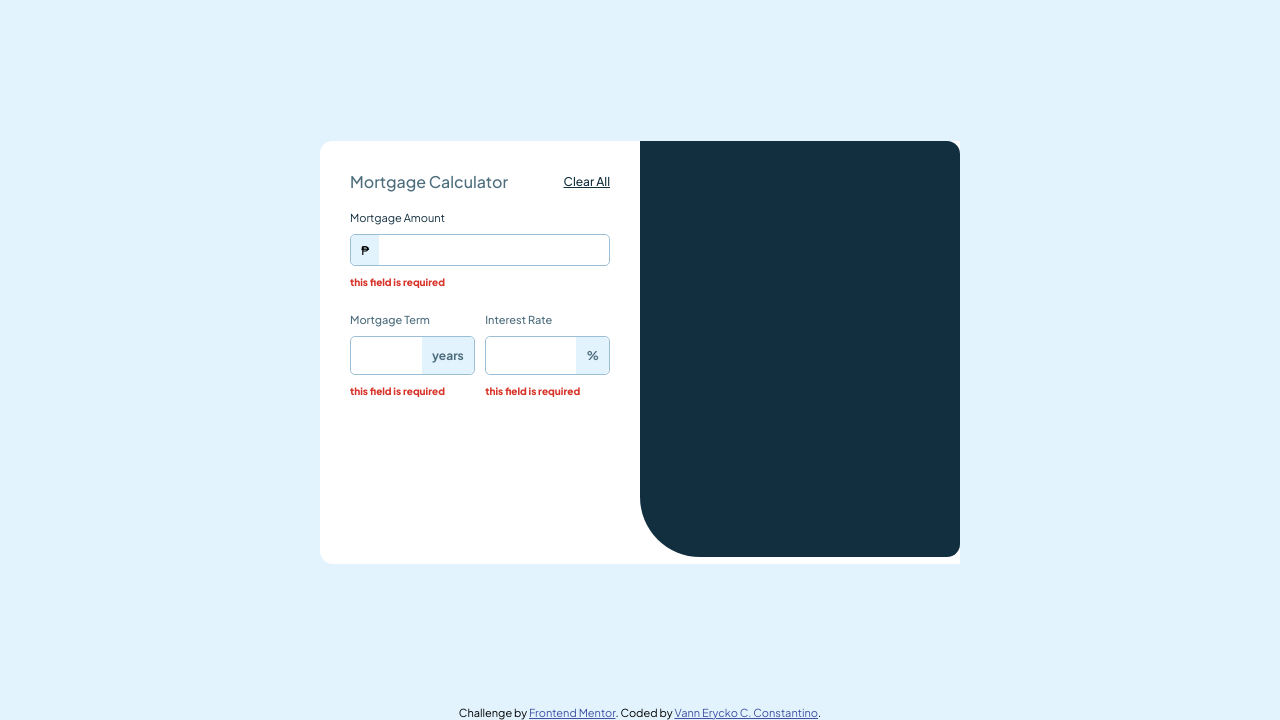
Repository: kocokoy/mortgage-repayment-calculator
Page: index.html
The author's editor kept a copy of each file at every save. The page is drawn from the files as they stood at one save, then again after a run of saves.
The browser window is 1280 px wide. The pictures show the whole page.

Above is the page before, as saved 2024-10-29 14:03:54.

### index.html
<!DOCTYPE html>
<html lang="en">
<head>
  <meta charset="UTF-8">
  <meta name="viewport" content="width=device-width, initial-scale=1.0"> <!-- displays site properly based on user's device -->

  <link rel="icon" type="image/png" sizes="32x32" href="./assets/images/favicon-32x32.png">
  <link rel="stylesheet" href="/styles/style.css">
  <link rel="preconnect" href="https://fonts.googleapis.com">
<link rel="preconnect" href="https://fonts.gstatic.com" crossorigin>
<link href="https://fonts.googleapis.com/css2?family=Karla:ital,wght@0,200..800;1,200..800&family=Plus+Jakarta+Sans:ital,wght@0,200..800;1,200..800&family=Red+Hat+Text:ital,wght@0,300..700;1,300..700&display=swap" rel="stylesheet">

  <title>Frontend Mentor | Mortgage repayment calculator</title>
</head>
<body>
  <div class="container">
    <div class="container-card">
      <div class="mortgage-calculator-side">
        <div class="mortgage-calculator-header">
          <p>Mortgage Calculator</p>
          <button>Clear All</button>
        </div>
        <div class="mortgage-calculator-amount">
          <p>Mortgage Amount</p>
          <div class="mortgage-calculator-amount-input">
            <div>&#8369;</div>
            <input type="text">
          </div>
          <div class="field-require-text">
            this field is required
          </div>
        </div>
        <div class="mortgage-calculator-term-and-interest">
          <div class="mortgage-calculator-term-section">
            <p>Mortgage Term</p>
            <div class="mortgage-calculator-term-section-mortgage">
              <input type="text" name="" id="">
              <div>years</div>
            </div>
            <div class="field-require-text">
              this field is required
            </div>
          </div>
          <div class="mortgage-calculator-term-section">
            <p>Interest Rate</p>
            <div class="mortgage-calculator-term-section-mortgage">
              <input type="text" name="" id="">
              <div>%</div>
            </div>
            <div class="field-require-text">
              this field is required
            </div>
          </div>
        </div>
        <div></div>
        <div></div>
      </div>
      <div class="result-side"></div>
    </div>
  </div>


  <div class="attribution">
    Challenge by <a href="https://www.frontendmentor.io?ref=challenge">Frontend Mentor</a>.
    Coded by <a href="#">Vann Erycko C. Constantino</a>.
  </div>
</body>
</html>

### styles/style.css
:root{
/* Primary */

--lime: hsl(61, 70%, 52%);
--red: hsl(4, 69%, 50%);

/* Neutral */

--white: hsl(0, 0%, 100%);
--slate100: hsl(202, 86%, 94%);
--slate300: hsl(203, 41%, 72%);
--slate500: hsl(200, 26%, 54%);
--slate700: hsl(200, 24%, 40%);
--slate900: hsl(202, 55%, 16%);
}

.attribution {
  font-size: 11px; text-align: center;
 }
.attribution a {
  color: hsl(228, 45%, 44%);
 }

 *{
  font-family: Plus Jakarta Sans;
 }

body{
  margin: 0;
  padding: 0;
  background-color: var(--slate100);
}
.container{
  height: 98vh;
  display: flex;
  flex-direction: column;
  justify-content: center;
  align-items: center;
}
.container-card{
  display: flex;
  flex-direction: row;
  height: 60%;
  width: 50%;
  background-color: var(--white);
  border-bottom-left-radius: 13px;
  border-top-left-radius: 13px;
}

.field-require-text{
  margin-top: 10px;
  color: var(--red);
  font-size: 10px;
  font-weight: 900;
  margin-bottom: 10px;
  /* display: none; */
}
.mortgage-calculator-side{
height: 84%;
width: 50%;
background-color: var(--white);
border-bottom-left-radius: 13px;
border-top-left-radius: 13px;
padding: 30px;

}
.result-side{
  height: 84%;
  width: 50%;
  padding: 30px;
  overflow: hidden;
  background-color: var(--slate900);
  border-bottom-left-radius: 60px;
  border-bottom-right-radius: 13px;
  border-top-right-radius: 13px;

}

/*Mortgage Calculator Header */
.mortgage-calculator-header{
  display: flex;
  flex-direction: row;
  align-items: center;
  justify-content: space-between;
}
.mortgage-calculator-header p{
 margin: 0;
 font-weight: 500;
 color: var(--slate700);
}
.mortgage-calculator-header button{
 margin: 0;
 font-weight: 500;
 font-size: 12px;
 color: var(--slate900);
 background-color: var(--white);
 text-decoration: underline;
 cursor: pointer;
 border: none;
 padding: 0;
}

/*Mortgage Calculator Amount  */
.mortgage-calculator-amount{
  padding-top: 19px ;
  display: flex;
  flex-direction: column;
  margin-bottom: 15px;
}
.mortgage-calculator-amount p{
  margin: 0;
  font-size: 11px;
  color: var(--slate900);
  padding-bottom: 10px;
}

.mortgage-calculator-amount-input{
  display: flex;
  flex-direction: row;
  height: 30px;
  border: 1px solid var(--slate300);
  border-radius: 5px;
}
.mortgage-calculator-amount-input div{
  background-color: var(--slate100);
  height: 100%;
  width: 35px;
  display: flex;
  justify-content: center;
  align-items: center;
  font-size: 12px;
  font-weight: 500;
  border: none;
  border-top-left-radius: 5px;
  border-bottom-left-radius: 5px;
}
.mortgage-calculator-amount-input input{
  width: 100%;
  border: none;
  border-top-right-radius: 5px;
  border-bottom-right-radius: 5px;
  padding: 0 10px;
}

.mortgage-calculator-amount-input input:focus{
  outline: none;
}

/* Mortgage Calculator Mortgage Term and Interest Rate */

.mortgage-calculator-term-and-interest{
  display: flex;
  flex-direction: row;
  width: 100;
  justify-content: space-between;
}
.mortgage-calculator-term-section{
  width: 48%;
}
.mortgage-calculator-term-section p{
  margin: 0;
  font-size: 11px;
  color: var(--slate700);
  padding-bottom: 10px;
  font-weight: 500;
}

.mortgage-calculator-term-section-mortgage{
  display: flex;
  flex-direction: row;
  border: 1px solid var(--slate300);
  border-radius: 5px;
}

.mortgage-calculator-term-section-mortgage input{
  width: 90%;
  padding: 10px;
  font-weight: 700;
  border: none;
  border-top-left-radius: 5px;
  border-bottom-left-radius: 5px;
}
.mortgage-calculator-term-section-mortgage div{
  width: auto;
  background-color: var(--slate100);
  color: var(--slate700);
  font-size: 12px;
  display: flex;
  justify-content: center;
  align-items: center;
  font-weight: 700;
  padding: 7px 10px;
  border-top-right-radius: 5px;
  border-bottom-right-radius: 5px;
}

.mortgage-calculator-term-section-mortgage input:focus{
  outline: none;
}

After the next 4 saves:
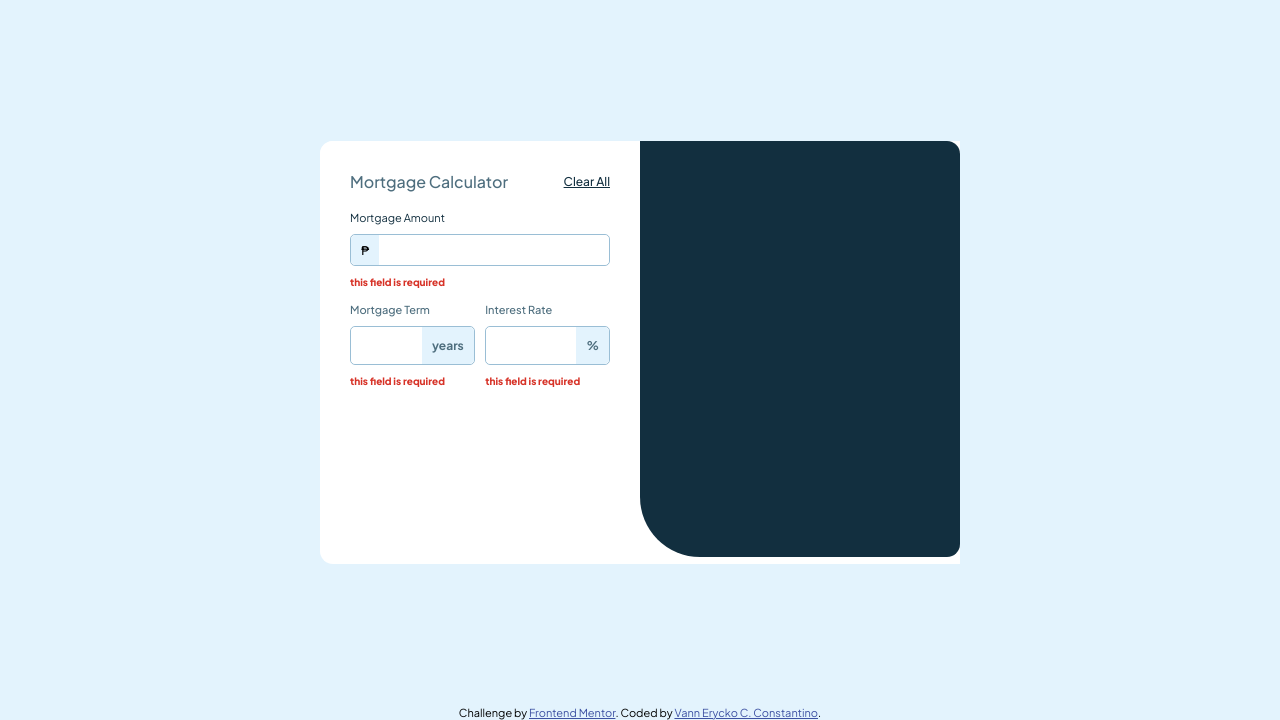
The 4 saves are shown as one change because they came seconds apart.
The last was saved 12 s later.
--- a/styles/style.css
+++ b/styles/style.css
@@ -52,7 +52,7 @@ body{
   color: var(--red);
   font-size: 10px;
   font-weight: 900;
-  margin-bottom: 10px;
+  /* margin-bottom: 1px; */
   /* display: none; */
 }
 .mortgage-calculator-side{
